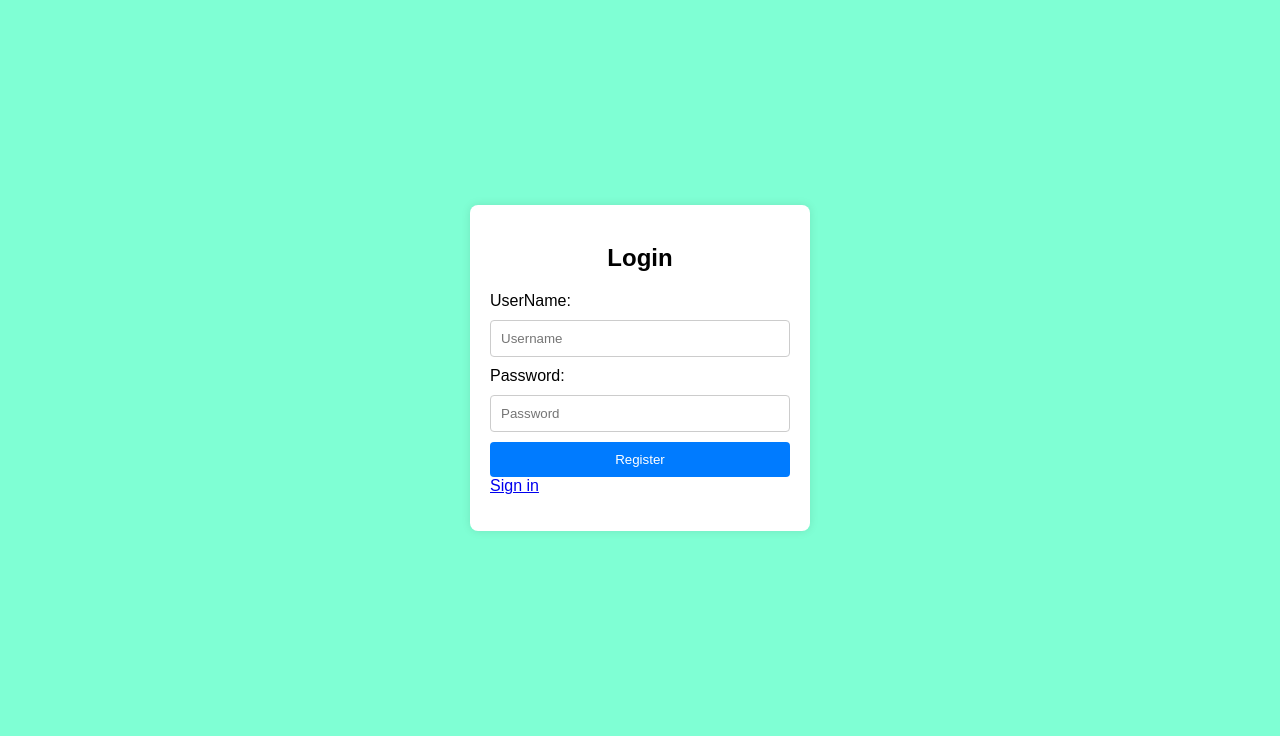
Repository: Femi007-gh/Legend
Page: loginpage.html
The author's editor kept a copy of each file at every save. The page is drawn from the files as they stood at one save, then again after the next save.
The browser window is 1280 px wide. The pictures show the whole page.

Above is the page before, as saved 2025-04-08 10:07:05.

After the next save:
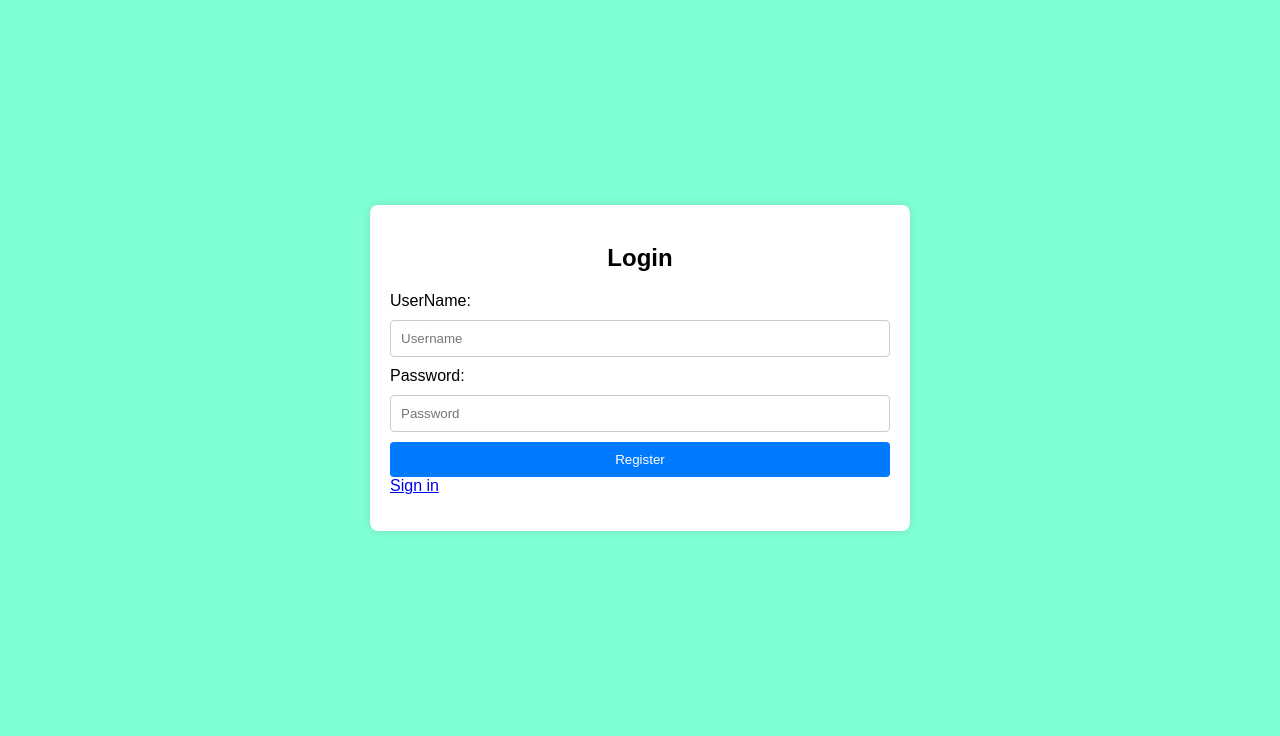
Saved 54 s later.
--- a/style2.css
+++ b/style2.css
@@ -12,7 +12,7 @@ body {
   padding: 20px;
   border-radius: 8px;
   box-shadow: 0 0 10px rgba(0, 0, 0, 0.1);
-  width: 300px;
+  width: 500px;
 }
 
 .form-container h2 {
